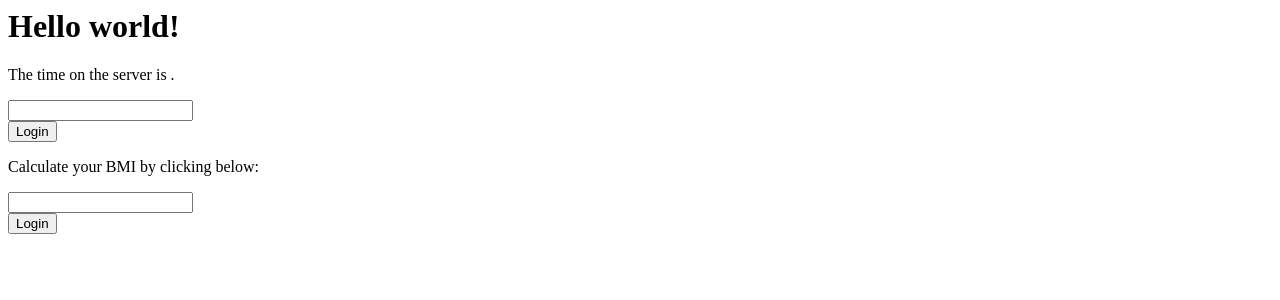
Repository: arivu0356/SpringMVC
Page: http://localhost/spring/WEB-INF/views/home.jsp
The author's editor kept a copy of each file at every save. The page is drawn from the files as they stood at one save, then again after the next save.
The browser window is 1280 px wide. The pictures show the whole page.
The page is served by Tomcat 9. Nobody is signed in. The template is opened directly, without the code that normally fills it, so the values that code supplies are empty.

Above is the page before, as saved 2024-02-16 04:06:33.

After the next save:
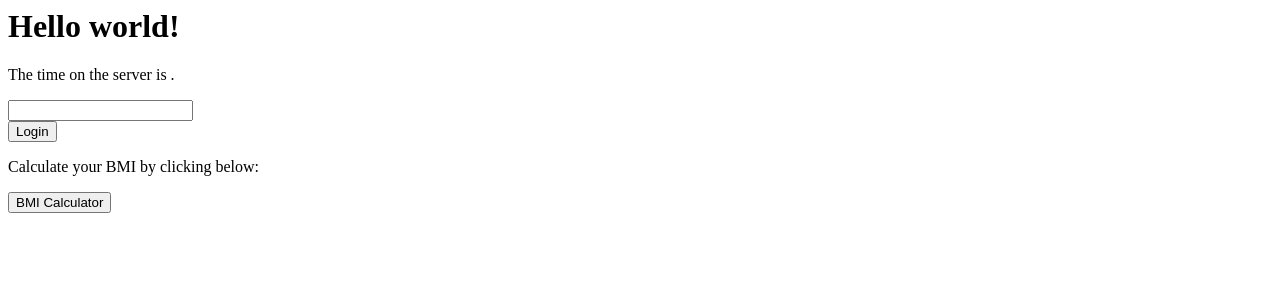
Saved 28 s later.
--- a/spring/src/main/webapp/WEB-INF/views/home.jsp
+++ b/spring/src/main/webapp/WEB-INF/views/home.jsp
@@ -18,8 +18,8 @@
 
 	    <p>Calculate your BMI by clicking below:</p>
     <form action="bmii" method="post">
-		<input type="text" name="userName"><br> <input
-			type="submit" value="Login">
+	<input
+			type="submit" value="BMI Calculator">
 	</form>
 </body>
 </html>
